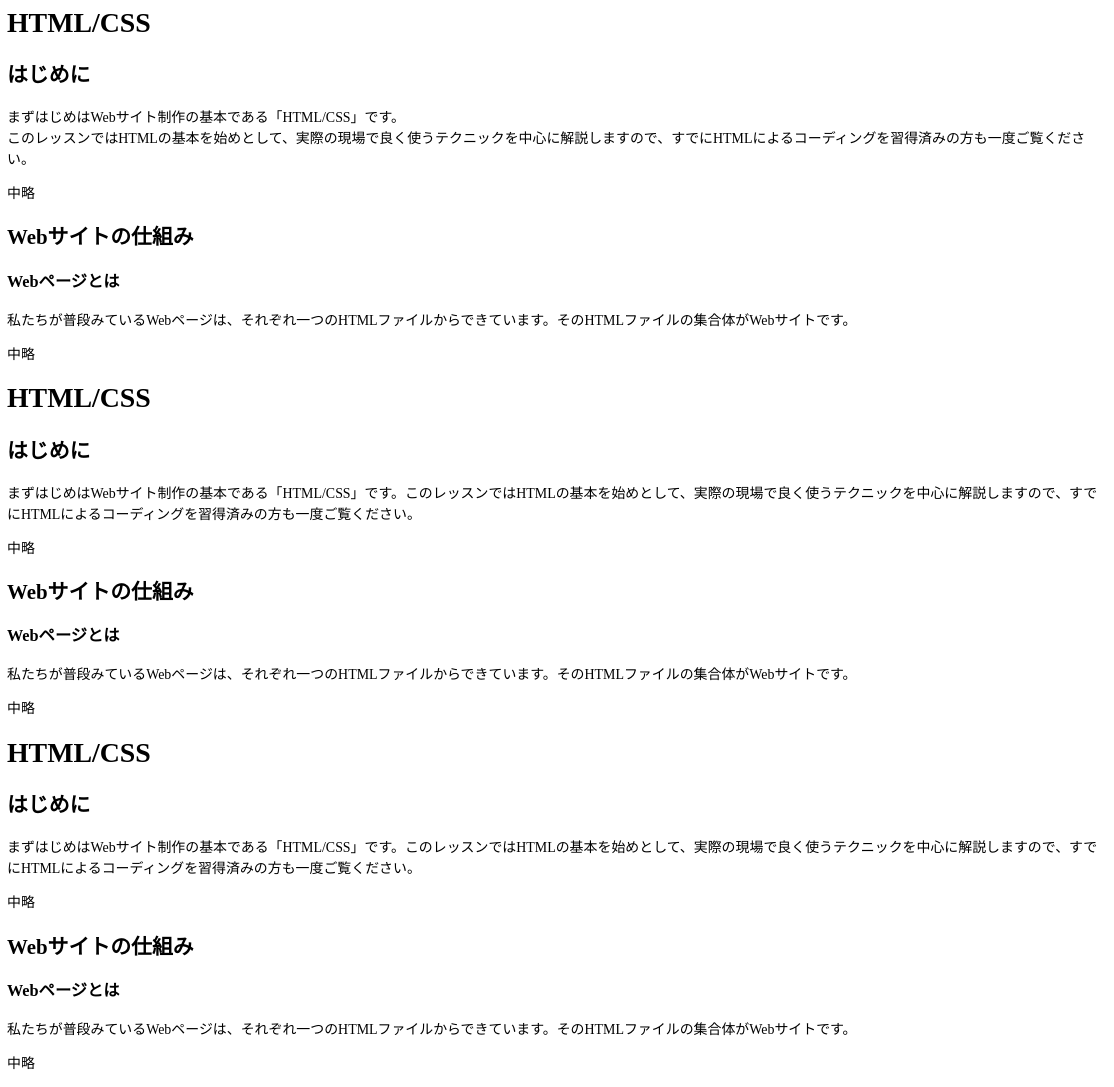
Repository: Shaw622/TechAcademy_FirstPrograming
Page: HTML_Body/03.html
The author's editor kept a record of every edit. The page is drawn from the files as they stood at one moment, then again after the next edit.
The browser window is 1280 px wide. The pictures show the whole page, at 87% of full size.

Above is the page before.

### HTML_Body/03.html
<html lang="ja">
    <head>
        <meta charset="UTF-8">
    </head>

<body>
    <h1>HTML/CSS</h1>
    <h2>はじめに</h2>
    <p>まずはじめはWebサイト制作の基本である「HTML/CSS」です。<br>このレッスンではHTMLの基本を始めとして、実際の現場で良く使うテクニックを中心に解説しますので、すでにHTMLによるコーディングを習得済みの方も一度ご覧ください。</p>
    <p>中略</p>

    <h2>Webサイトの仕組み</h2>
    <h3>Webページとは</h3>
    <p>私たちが普段みているWebページは、それぞれ一つのHTMLファイルからできています。そのHTMLファイルの集合体がWebサイトです。</p>
    <p>中略</p>
</body>

<body>
    <h1>HTML/CSS</h1><!-- セクションで分ける場合 -->

    <section>
        <h2>はじめに</h2>
        <p>まずはじめはWebサイト制作の基本である「HTML/CSS」です。このレッスンではHTMLの基本を始めとして、実際の現場で良く使うテクニックを中心に解説しますので、すでにHTMLによるコーディングを習得済みの方も一度ご覧ください。</p>
        <p>中略</p>
    </section>

    <section>
        <h2>Webサイトの仕組み</h2>

        <h3>Webページとは</h3>
        <p>私たちが普段みているWebページは、それぞれ一つのHTMLファイルからできています。そのHTMLファイルの集合体がWebサイトです。</p>
        <p>中略</p>
    </section>
</body>


<body>
    <h1>HTML/CSS</h1><!-- divで分ける場合 -->

    <section>
        <h2>はじめに</h2>
        <p>まずはじめはWebサイト制作の基本である「HTML/CSS」です。このレッスンではHTMLの基本を始めとして、実際の現場で良く使うテクニックを中心に解説しますので、すでにHTMLによるコーディングを習得済みの方も一度ご覧ください。</p>
        <p>中略</p>
    </section>

    <section>
        <h2>Webサイトの仕組み</h2>

        <div>
            <h3>Webページとは</h3>
            <p>私たちが普段みているWebページは、それぞれ一つのHTMLファイルからできています。そのHTMLファイルの集合体がWebサイトです。</p>
            <p>中略</p>
        </div>
    </section>

</body>
</html>

After the next edit:
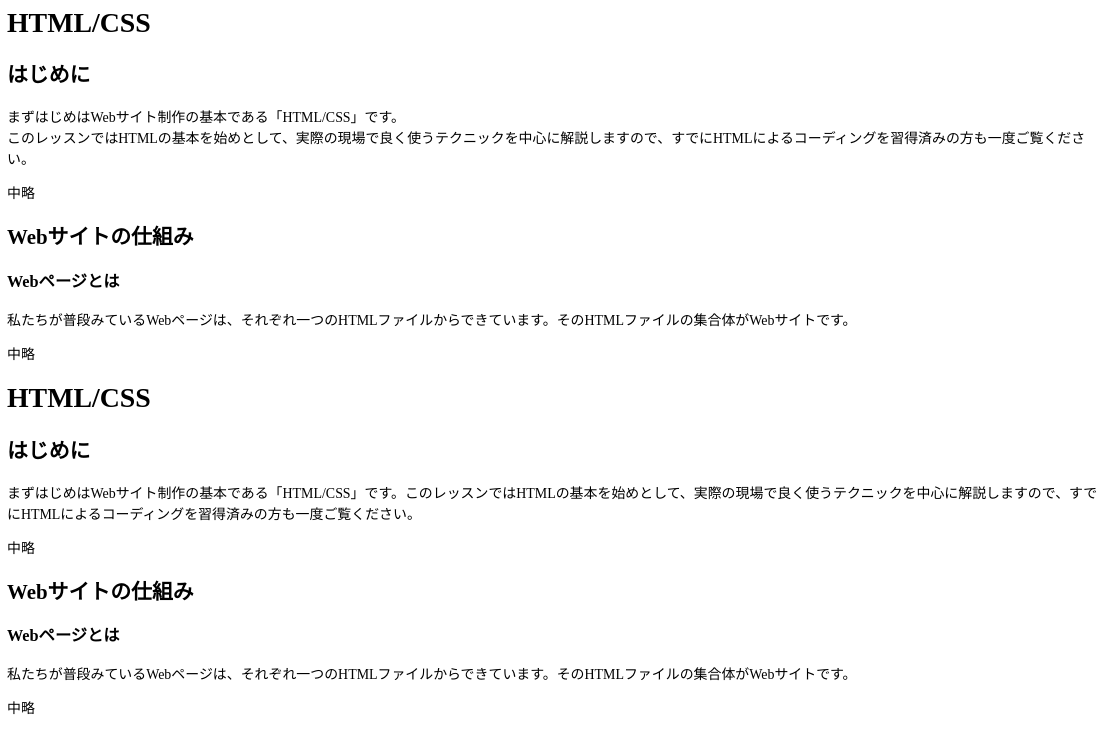
The edit:
--- a/HTML_Body/03.html
+++ b/HTML_Body/03.html
@@ -33,25 +33,4 @@
     </section>
 </body>
 
-
-<body>
-    <h1>HTML/CSS</h1><!-- divで分ける場合 -->
-
-    <section>
-        <h2>はじめに</h2>
-        <p>まずはじめはWebサイト制作の基本である「HTML/CSS」です。このレッスンではHTMLの基本を始めとして、実際の現場で良く使うテクニックを中心に解説しますので、すでにHTMLによるコーディングを習得済みの方も一度ご覧ください。</p>
-        <p>中略</p>
-    </section>
-
-    <section>
-        <h2>Webサイトの仕組み</h2>
-
-        <div>
-            <h3>Webページとは</h3>
-            <p>私たちが普段みているWebページは、それぞれ一つのHTMLファイルからできています。そのHTMLファイルの集合体がWebサイトです。</p>
-            <p>中略</p>
-        </div>
-    </section>
-
-</body>
 </html>
